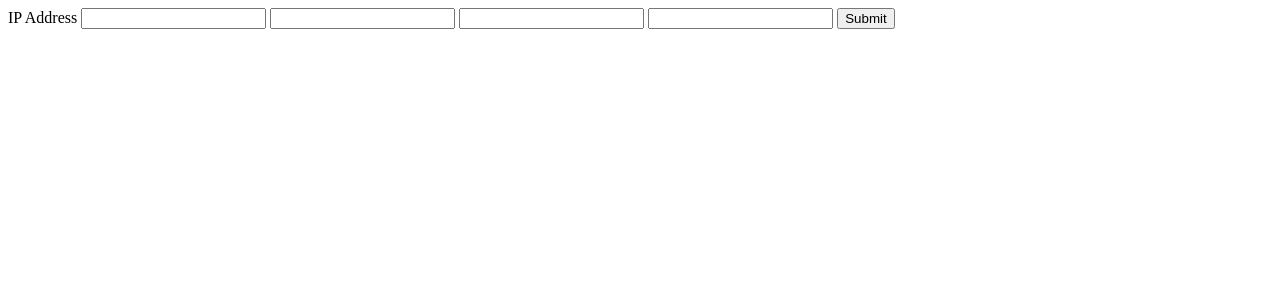
Repository: Padminivittal/Padmini-MWB
Page: MWB Day1/WebContent/Lab3_Jq1.html
An editor plug-in stored every save of this project. The page is shown before and after the next save, followed by the edit.
The browser window is 1280 px wide. The pictures show the whole page.

Above is the page before, as saved 2012-07-20 09:42:52.

### MWB Day1/WebContent/Lab3_Jq1.html
<!DOCTYPE HTML>
<html>
<script src="js/jquery-1.7.2.js"></script>
<script>
$().ready(function(){
	$("input:text").each(function(){
		$(this).on("keyup",function()
		{
			if($(this).val().length==3)
			$(this).next("input:text").focus();
		});
	});
	$("input:text").attr("maxlength","3");
	$("#btnClick").on("click",function(){
		$("input:text").attr("disabled","disabled");
	});
});

</script>
<head>
</head>
<body>
<label for="txt1">IP Address</label>
<input type="text" class="ipaddress" id="txt1"/>
<input type="text" id="txt2" class="ipaddress" />
<input type="text" id="txt3" class="ipaddress" />
<input type="text" id="txt4" class="ipaddress" />
<input type="button" value="Submit" id="btnClick"/>
</body>
</html>

Loaded but not shown: MWB Day1/WebContent/js/jquery-1.7.2.js (library)

After the next save:
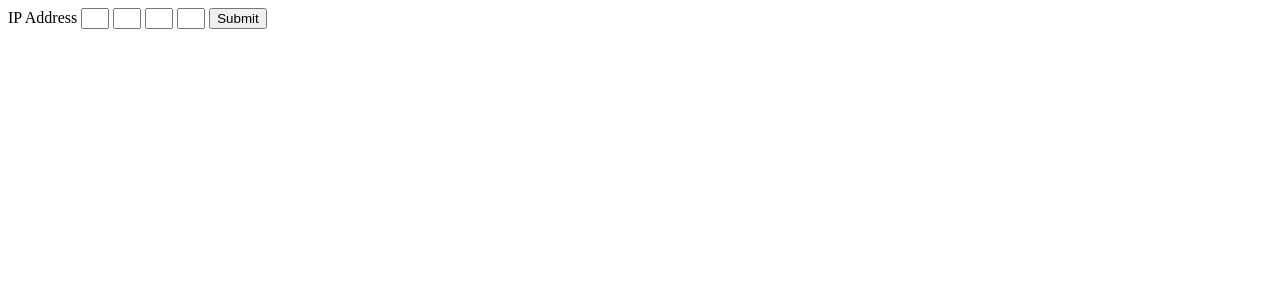
Saved 26 s later.
--- a/MWB Day1/WebContent/Lab3_Jq1.html
+++ b/MWB Day1/WebContent/Lab3_Jq1.html
@@ -11,6 +11,7 @@ $().ready(function(){
 		});
 	});
 	$("input:text").attr("maxlength","3");
+	$("input:text").css("width","20");
 	$("#btnClick").on("click",function(){
 		$("input:text").attr("disabled","disabled");
 	});
